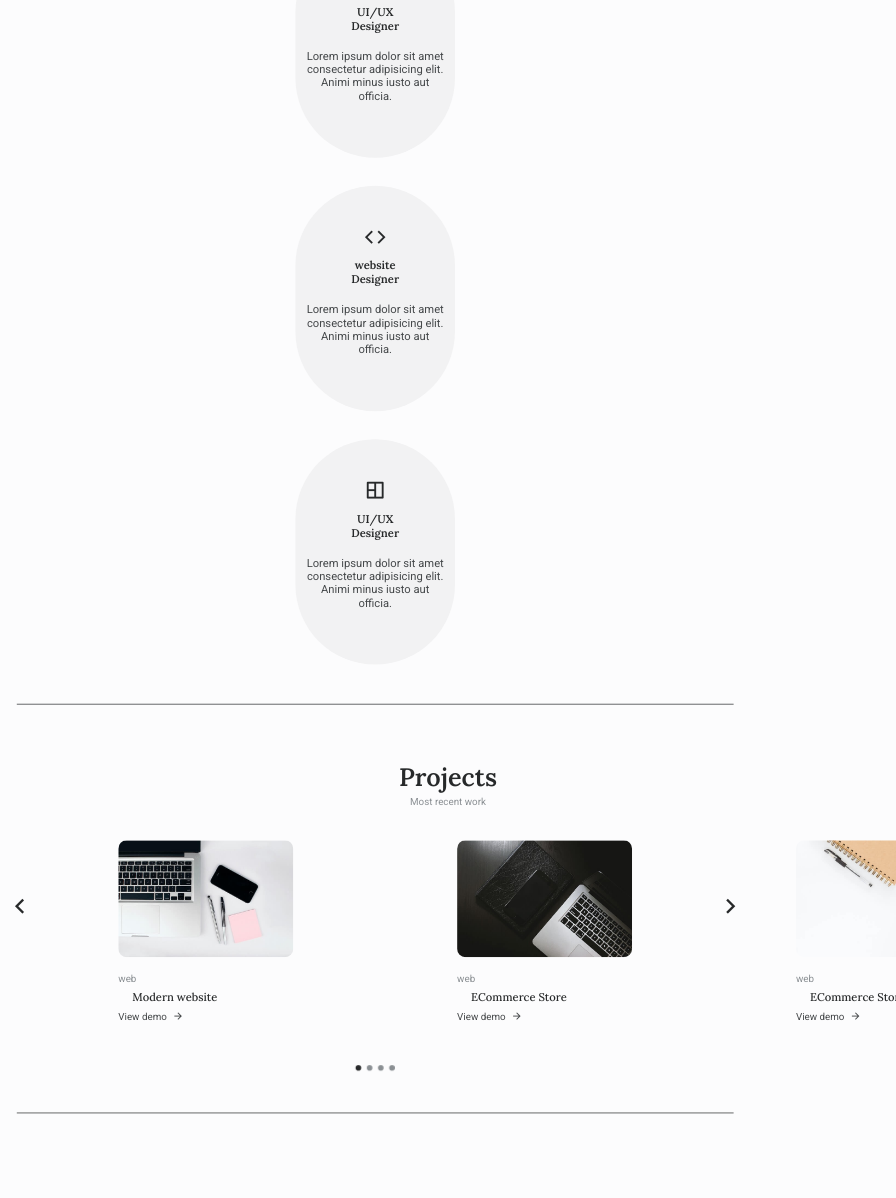
Repository: hnguyeng/myportfoliohongnguyen
Page: index.html
These files come from the project's save history. The page is drawn as it stood at one moment and after the next save; the edit follows.
The browser window is 1280 px wide. The pictures show the part of the page from y = 4258 to 6178 px (the page is 5969 px tall before and 6178 px after), at 70% of full size.
Some web libraries are served in a nearby version.

Above is the page before, as saved 2023-07-20 15:28:04.

After the next save:
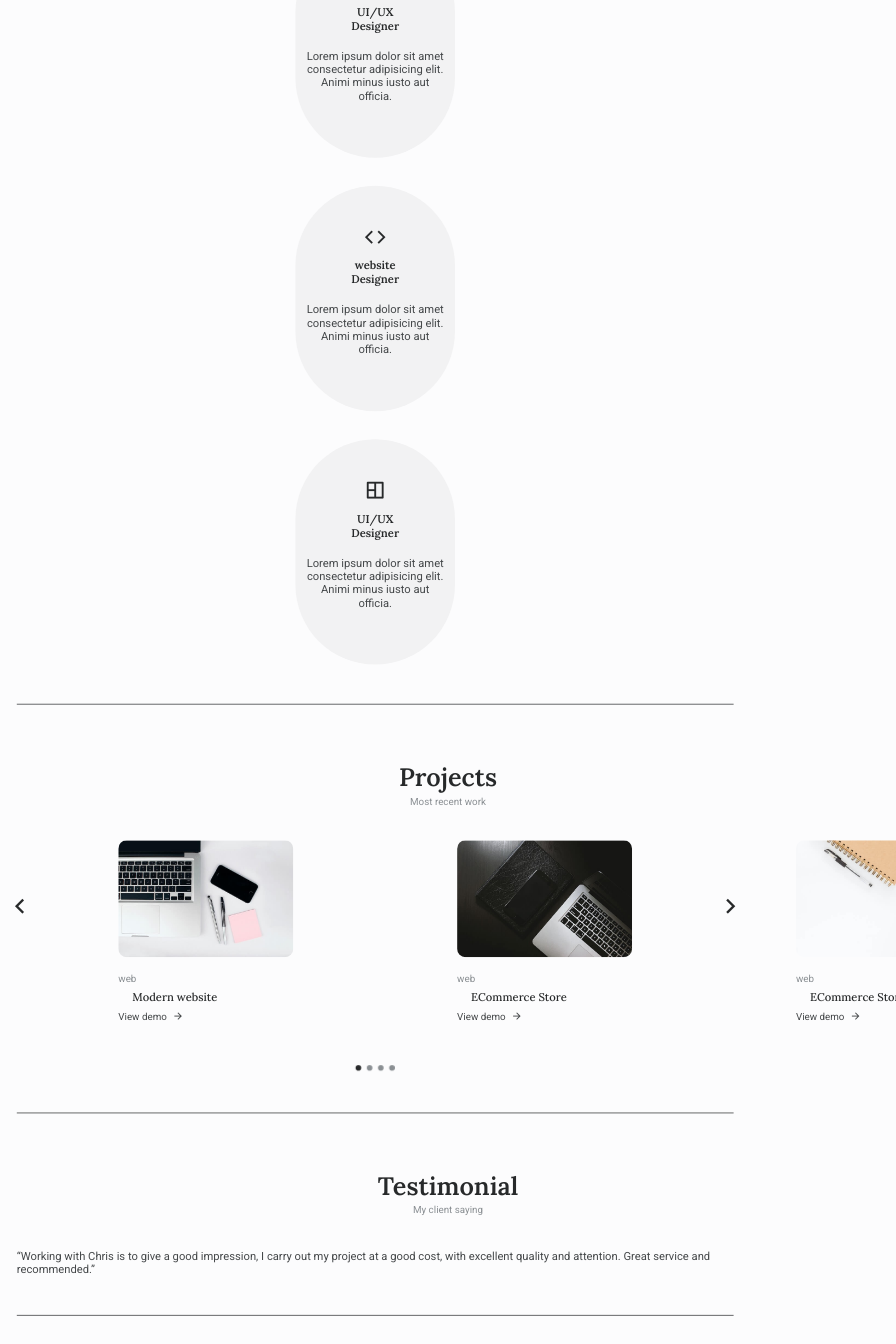
Saved 7 h 19 min later.
--- a/index.html
+++ b/index.html
@@ -433,7 +433,26 @@
             </div>
         </section>
         <!-- ===============TESTIMONIAL============== -->
-        <section class="testimonial section"></section>
+        <section class="testimonial section">
+            <h2 class="section__title">Testimonial</h2>
+            <span class="section__subtitle">My client saying</span>
+
+            <div class="container section__border">
+                <div class="testimonial__container">
+                    <div>
+                        <!-- ===============TESTIMONIAL 1 ============== -->
+                        <div class="testimonial__content">
+                            <p class="testimonial__description">
+                                “Working with Chris is to give a good
+                                impression, I carry out my project at a good
+                                cost, with excellent quality and attention.
+                                Great service and recommended.”
+                            </p>
+                        </div>
+                    </div>
+                </div>
+            </div>
+        </section>
     </main>
 
     <script src="./assets/js/cdn.jsdelivr.net_npm_swiper@10.0.4_swiper-bundle.js"></script>
